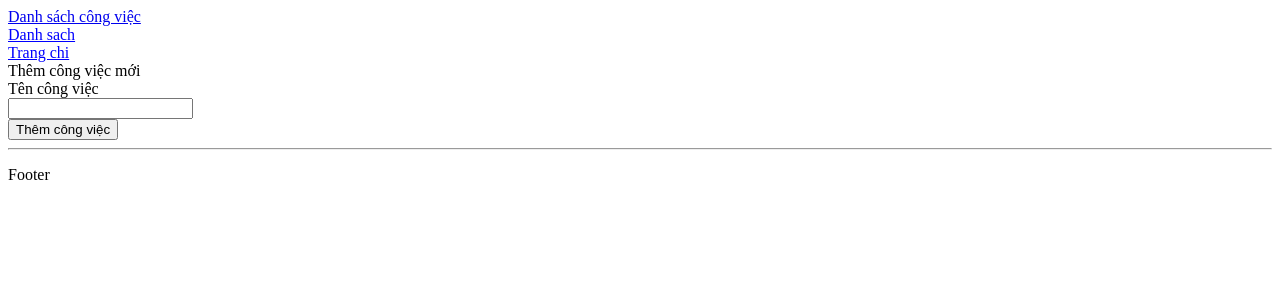
Repository: pvdrh/Laravel_Todo
Page: http://localhost/frontend/task/create
An editor plug-in stored every save of this project. The page is shown before and after the next save, followed by the edit.
The browser window is 1280 px wide. The pictures show the whole page.
The page is served by the project's Laravel application, run on PHP 8.4 with Laravel 8. Other server files are loaded and not shown.

Above is the page before, as saved 2020-10-12 20:30:20.

### routes/web.php
<?php

use Illuminate\Support\Facades\Route;

/*
|--------------------------------------------------------------------------
| Web Routes
|--------------------------------------------------------------------------
|
| Here is where you can register web routes for your application. These
| routes are loaded by the RouteServiceProvider within a group which
| contains the "web" middleware group. Now create something great!
|
*/

Route::get('/', function () {
    return view('welcome');
});

 Route::get('/',
    [\App\Http\Controllers\HomeController::class, 'index']
);
// Route::prefix('task')
// ->group(function(){
//     Route::get('/create', [
//         \App\Http\Controllers\Task\TaskController::class, 'create'])
//         ->name('tasks.create');

//     Route::get('/edit', [
//         \App\Http\Controllers\Task\TaskController::class, 'create'])
//         ->name('tasks.edit');

//     Route::get('/list', [
//         \App\Http\Controllers\Task\TaskController::class, 'create'])
//         ->name('tasks.list');
// });

Route::resource('frontend/task', \Frontend\TaskController::class);

### app/Http/Controllers/Frontend/TaskController.php
<?php

namespace App\Http\Controllers\Frontend;

use App\Http\Controllers\Controller;
use Illuminate\Http\Request;

class TaskController extends Controller
{
    /**
     * Display a listing of the resource.
     *
     * @return \Illuminate\Http\Response
     */
    public function index()
    {
        return view('tasks.list');
    }

    /**
     * Show the form for creating a new resource.
     *
     * @return \Illuminate\Http\Response
     */
    public function create()
    {
        return view('tasks.create');
    }

    /**
     * Store a newly created resource in storage.
     *
     * @param  \Illuminate\Http\Request  $request
     * @return \Illuminate\Http\Response
     */
    public function store(Request $request)
    {
        $name = $request->get('name');

        dd($name);
    }

    /**
     * Display the specified resource.
     *
     * @param  int  $id
     * @return \Illuminate\Http\Response
     */
    public function show($id)
    {

    }

    /**
     * Show the form for editing the specified resource.
     *
     * @param  int  $id
     * @return \Illuminate\Http\Response
     */
    public function edit($id)
    {
        $name = 'Duy';
        return view('tasks.edit');
    }

    /**
     * Update the specified resource in storage.
     *
     * @param  \Illuminate\Http\Request  $request
     * @param  int  $id
     * @return \Illuminate\Http\Response
     */
    public function update(Request $request, $id)
    {
        //
    }

    /**
     * Remove the specified resource from storage.
     *
     * @param  int  $id
     * @return \Illuminate\Http\Response
     */
    public function destroy($id)
    {
        //
    }
}

### resources/views/tasks/create.blade.php
@extends('layouts.master')
@section('body')
<div class="col-sm-offset-2 col-sm-8">
    <div class="panel panel-default">
        <div class="panel-heading">
            Thêm công việc mới
        </div>

        <div class="panel-body">
            <!-- Display Validation Errors -->

            <!-- New Task Form -->
            <form action="{{ route('task.store') }}" method="POST" class="form-horizontal">
            {{ csrf_field() }}

            <!-- Task Name -->
                <div class="form-group">
                    <label for="task-name" class="col-sm-3 control-label">Tên công việc</label>

                    <div class="col-sm-6">
                        <input type="text" name="name" id="task-name" class="form-control" value="{{ old('task') }}">
                    </div>
                </div>

                <!-- Add Task Button -->
                <div class="form-group">
                    <div class="col-sm-offset-3 col-sm-6">
                        <button type="submit" class="btn btn-default">
                            <i class="fa fa-btn fa-plus"></i>Thêm công việc
                        </button>
                    </div>
                </div>
            </form>
        </div>
    </div>

    </tbody>
    </table>
</div>
@endsection

### resources/views/layouts/master.blade.php
<!DOCTYPE html>
<html lang="en">
<head>
    <meta charset="utf-8">
    <meta http-equiv="X-UA-Compatible" content="IE=edge">
    <meta name="viewport" content="width=device-width, initial-scale=1">

    <title>Laravel Todo - Basic</title>

    @yield('css')


</head>
<body id="app-layout">
@include('layouts.header')

<div class="container">
@yield('body')

@include('layouts.footer')
</div>
</div>
</div>
@yield('script')
</body>

</body>
</html>

### resources/views/layouts/header.blade.php
<nav class="navbar navbar-default">
    <div class="container">
        <div class="navbar-header">

            <!-- Branding Image -->
            <a class="navbar-brand" href="{{ url('/') }}">
                Danh sách công việc
            </a>
        </div>

        @foreach($menus as $menu)
            <div>
                <a href="#" style="color: blue">{{ $menu }}</a>
            </div>
        @endforeach
    </div>
</nav>

### resources/views/layouts/footer.blade.php
<!-- resources/views/layouts/footer.blade.php-->
<hr>
<p>Footer</p>

Loaded but not shown: app/Providers/AppServiceProvider.php (common file); app/Http/Controllers/Controller.php (common file)

After the next save:
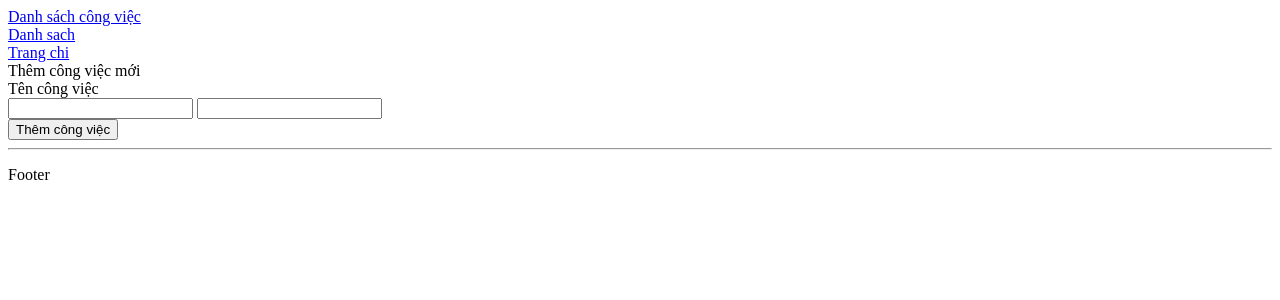
Saved 3 min 33 s later.
--- a/resources/views/tasks/create.blade.php
+++ b/resources/views/tasks/create.blade.php
@@ -19,6 +19,8 @@
 
                     <div class="col-sm-6">
                         <input type="text" name="name" id="task-name" class="form-control" value="{{ old('task') }}">
+
+                        <input type="text" name="name" id="task-name" class="form-control" value="{{ old('task') }}">
                     </div>
                 </div>
 
